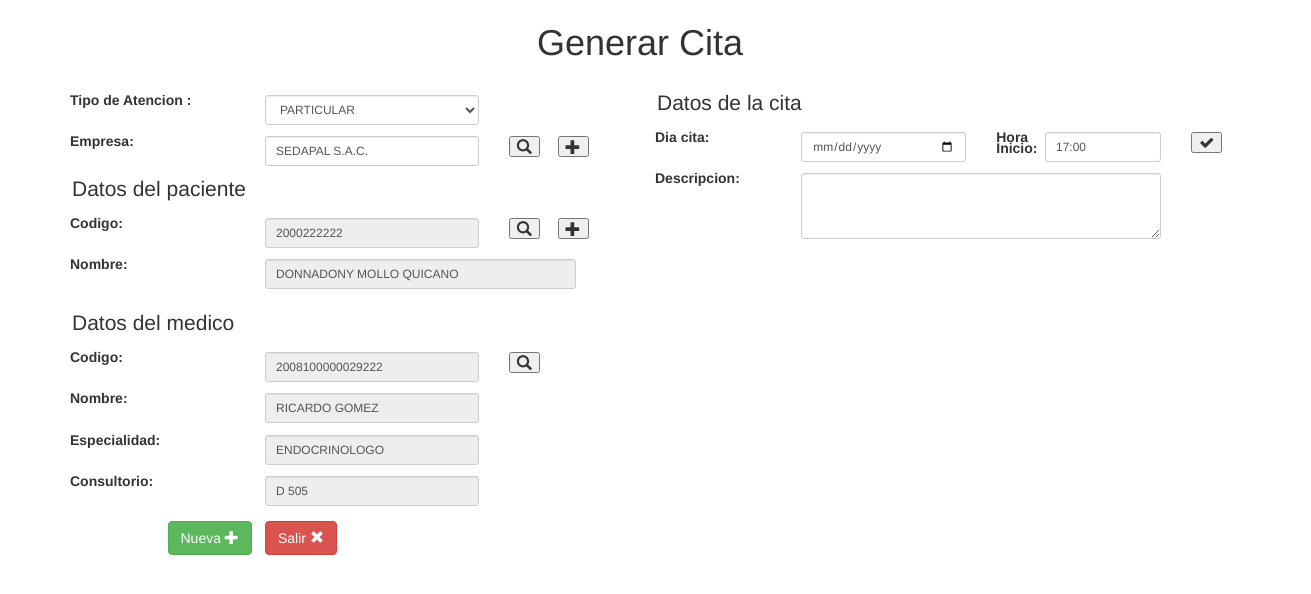
Repository: Donyx10/ADSII-ProyectoClinica
Page: http://localhost/AvanceWeb/GeneraCitaMedica.jsp
The author's editor kept a copy of each file at every save. The page is drawn from the files as they stood at one save, then again after the next save.
The browser window is 1280 px wide. The page is 1280 px wide, then 1311 px, so the pictures cover 1311 px, including what lies to the right of the window. The pictures show the whole page.
Some web fonts or font styles are not loaded; a fallback is used. The page is served by Tomcat 9.

Above is the page before, as saved 2018-06-04 05:40:56.

After the next save:
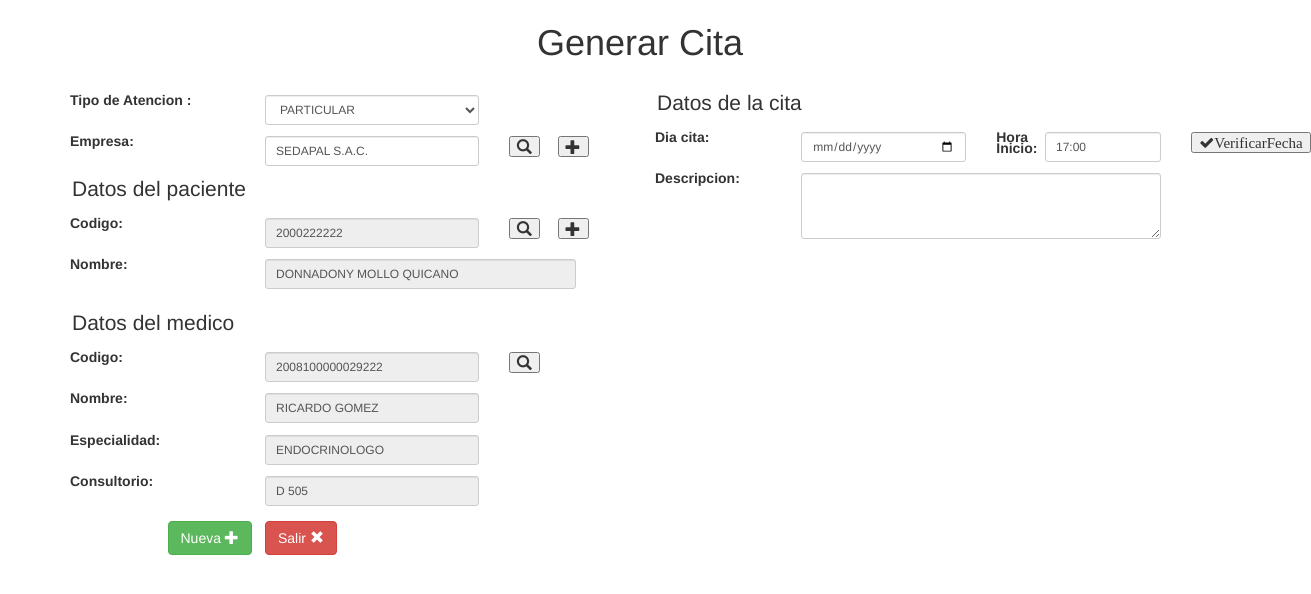
Saved 52 s later.
--- a/WebDemo/AvanceWeb/WebContent/GeneraCitaMedica.jsp
+++ b/WebDemo/AvanceWeb/WebContent/GeneraCitaMedica.jsp
@@ -230,7 +230,7 @@
 									</div>
 									<div class="col-md-1">
 										<button style="font-size: 15px">
-											<i class="fa fa-check"></i>
+											<i class="fa fa-check">VerificarFecha</i>
 										</button>
 
 									</div>
